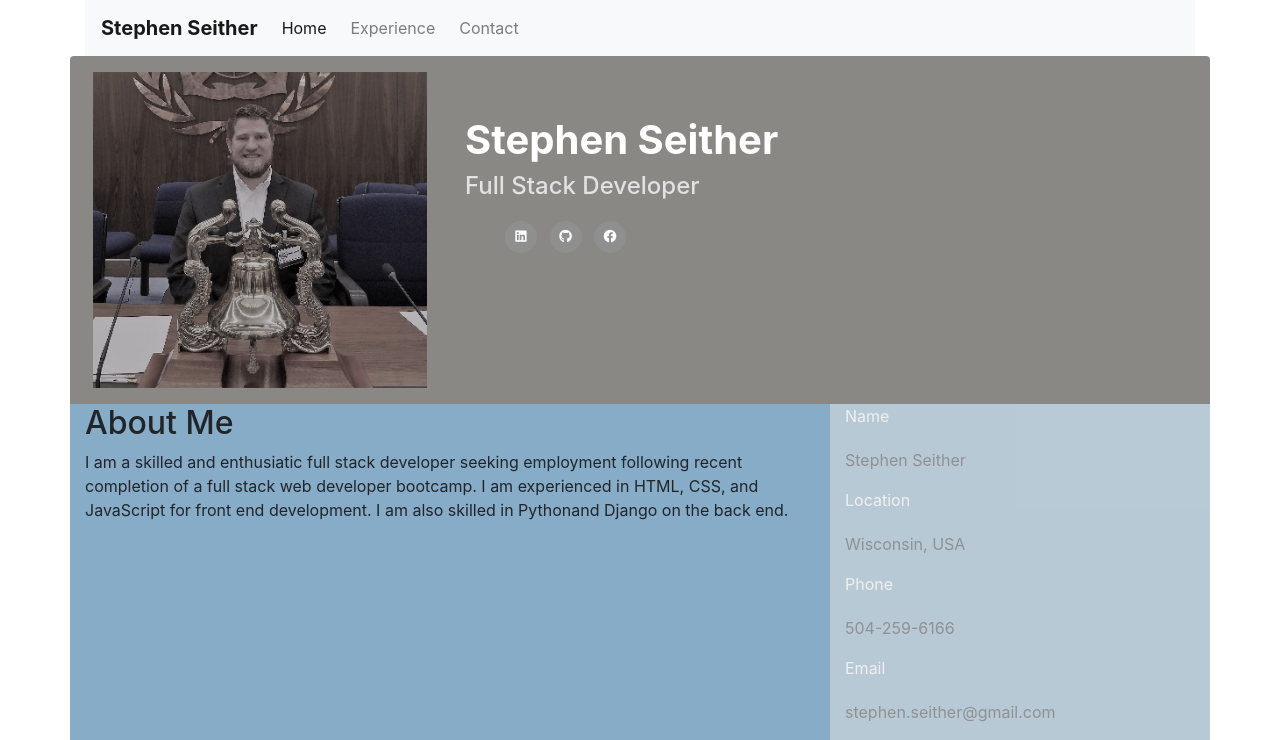
Repository: stephenseither/First-Milestone-Project
Page: index.html
The author's editor kept a record of every edit. The page is drawn from the files as they stood at one moment, then again after the next edit.
The browser window is 1280 px wide. The pictures show the whole page.
Some web libraries are served in a nearby version.

Above is the page before.

### index.html
<!DOCTYPE html>
<html lang="en">

<head>
    <meta charset="UTF-8">
    <meta name="viewport" content="width=device-width, initial-scale=1.0">
    <meta http-equiv="X-UA-Compatible" content="ie=edge">
    <link rel="stylesheet" href="https://stackpath.bootstrapcdn.com/bootstrap/4.3.1/css/bootstrap.min.css" integrity="sha384-ggOyR0iXCbMQv3Xipma34MD+dH/1fQ784/j6cY/iJTQUOhcWr7x9JvoRxT2MZw1T" crossorigin="anonymous">
    <link rel="stylesheet" href="https://use.fontawesome.com/releases/v5.10.2/css/all.css" integrity="sha384-rtJEYb85SiYWgfpCr0jn174XgJTn4rptSOQsMroFBPQSGLdOC5IbubP6lJ35qoM9" crossorigin="anonymous">
    <link rel="stylesheet" href="assets/css/style.css" type="text/css" />
    <title>Document</title>
</head>

<body>
    <div class="container">
        <nav class="navbar navbar-light bg-light navbar-expand-sm no-gutters">
            <a href="index.html" class="navbar-brand font-weight-bold">Stephen Seither</a>

            <button class="navbar-toggler ml-auto" type="button" data-toggle="collapse" data-target="#navbarNavDropdown" aria-controls="navbarNavDropdown" aria-expanded="false" aria-label="Toggle navigation">
            <span class="navbar-toggler-icon"></span></button>

            <div class="collapse navbar-collapse" id="navbarNavDropdown">
                <ul class="navbar-nav mr-auto">
                    <li class="active nav-item mr-2"><a class="nav-link" href="index.html">Home</a></li>
                    <li class="nav-item mr-2"><a class="nav-link" href="experience.html">Experience</a></li>
                    <li class="nav-item mr-2"><a class="nav-link" href="contact.html">Contact</a></li>
                </ul>
            </div>
        </nav>


        <div class="row bg-header rounded-top">
            <div class="col-sm-4 photo">
                <img src="assets/images/stephen-1.jpg" alt="stephen" class="img-fluid img-responsive py-3 px-2" />
            </div>
            <div class="col-sm-8 heading">
                <div class="row">
                    <div class="col">
                        <h1 class="name font-weight-bold">Stephen Seither</h3>
                            <h4 class="title">Full Stack Developer</h4>
                    </div>
                </div>
                <div class="row">
                    <div class="col">
                        <ul class="list-inline social-links">
                            <li class="list-inline-item">
                                <a href="https://www.linkedin.com/in/stephen-seither-254ba7b7" target="_blank">
                                <i class="fab fa-linkedin" aria-hidden="true"></i>
                                <span class="sr-only">LinkedIn</span>
                                </a>
                            </li>
                            <li class="list-inline-item">
                                <a href="https://github.com/stephenseither" target="_blank">
                                    <i class="fab fa-github" aria-hidden="true"></i>
                                    <span class="sr-only">GitHub</span>
                                </a>
                            </li>
                            <li class="list-inline-item">
                                <a href="https://www.facebook.com/stephen.seither" target="_blank">
                                    <i class="fab fa-facebook" aria-hidden="true"></i>
                                    <span class="sr-only">Facebook</span>
                                </a>
                            </li>
                        </ul>
                    </div>
                </div>
            </div>
        </div>
    </div>

    <section class="container">
        <div class="row">
            <div class="col-md-8 about-me">
                <h2>About Me</h2>
                <p>I am a skilled and enthusiatic full stack developer seeking employment following recent completion of a full stack web developer bootcamp. I am experienced in HTML, CSS, and JavaScript for front end development. I am also skilled in Pythonand Django on the back end. </p>
            </div>
            <div class="col-md-4 contact-info">
                <div class="personal-info-item">
                    <div class="title">
                        <p class="uppercase">
                            Name
                        </p>
                    </div>
                    <div class="value">
                        <p>
                            Stephen Seither
                        </p>
                    </div>
                </div>
                <div class="personal-info-item">
                    <div class="title">
                        <p class="uppercase">
                            Location
                        </p>
                    </div>
                    <div class="value">
                        <p>
                            Wisconsin, USA
                        </p>
                    </div>
                </div>
                <div class="personal-info-item">
                    <div class="title">
                        <p class="uppercase">
                            Phone
                        </p>
                    </div>
                    <div class="value">
                        <p>
                            504-259-6166
                        </p>
                    </div>
                </div>
                <div class="personal-info-item">
                    <div class="title">
                        <p class="uppercase">
                            Email
                        </p>
                    </div>
                    <div class="value">
                        <p>
                            stephen.seither@gmail.com
                        </p>
                    </div>
                </div>
            </div>
        </div>
    </section>
    <script src="https://code.jquery.com/jquery-3.3.1.slim.min.js" integrity="sha384-q8i/X+965DzO0rT7abK41JStQIAqVgRVzpbzo5smXKp4YfRvH+8abtTE1Pi6jizo" crossorigin="anonymous"></script>
    <script src="https://cdnjs.cloudflare.com/ajax/libs/popper.js/1.14.3/umd/popper.min.js" integrity="sha384-ZMP7rVo3mIykV+2+9J3UJ46jBk0WLaUAdn689aCwoqbBJiSnjAK/l8WvCWPIPm49" crossorigin="anonymous"></script>
    <script src="https://stackpath.bootstrapcdn.com/bootstrap/4.1.3/js/bootstrap.min.js" integrity="sha384-ChfqqxuZUCnJSK3+MXmPNIyE6ZbWh2IMqE241rYiqJxyMiZ6OW/JmZQ5stwEULTy" crossorigin="anonymous"></script>
</body>

</html>

### assets/css/style.css
/*---------------------------BG Colors---------------------- */

.bg-header {
    background-color: #8a8884;
}

.about-me {
background-color: #87acc7;
}

.contact-info {
    background-color: #7395ae;
    opacity: 0.5;
    transition: opacity .5s ease-out;
    -moz-transition: opacity .5s ease-out;
    -webkit-transition: opacity .5s ease-out
    color: #fafafa;
    font-weight: normal;

}

.contact-info:hover {
    opacity: 1.2;
}


/*---------------------------Header---------------------- */

.name {
    margin-top: 60px;
    color: #fff;
}

.title {
    color: #e3e1e1;
    margin-bottom: 20px;
}

.social-links {
    margin-left: 40px;
}

.social-links li a i {
    width: 32px;
    height: 32px;
    padding: 12px 2px;
    border-radius: 50%;
    font-size: 13px;
    line-height: 7px;
    text-align: center;
    color: #fafafa;
    background: #8f8f8f;
    transition: all 0.35s ease-in-out, ;
    -moz-transition: all 0.35s ease-in-out;
    -webkit-transition: all 0.35s ease-in-out;
    -o-transition: all 0.35s ease-in-out;
}

.social-links li a i:hover {
    background-color: #b8784b;
    -webkit-transform: scale(1.5);
    -moz-transform: scale(1.5);
    -o-transform: scale(1.5);
}

After the next edit:
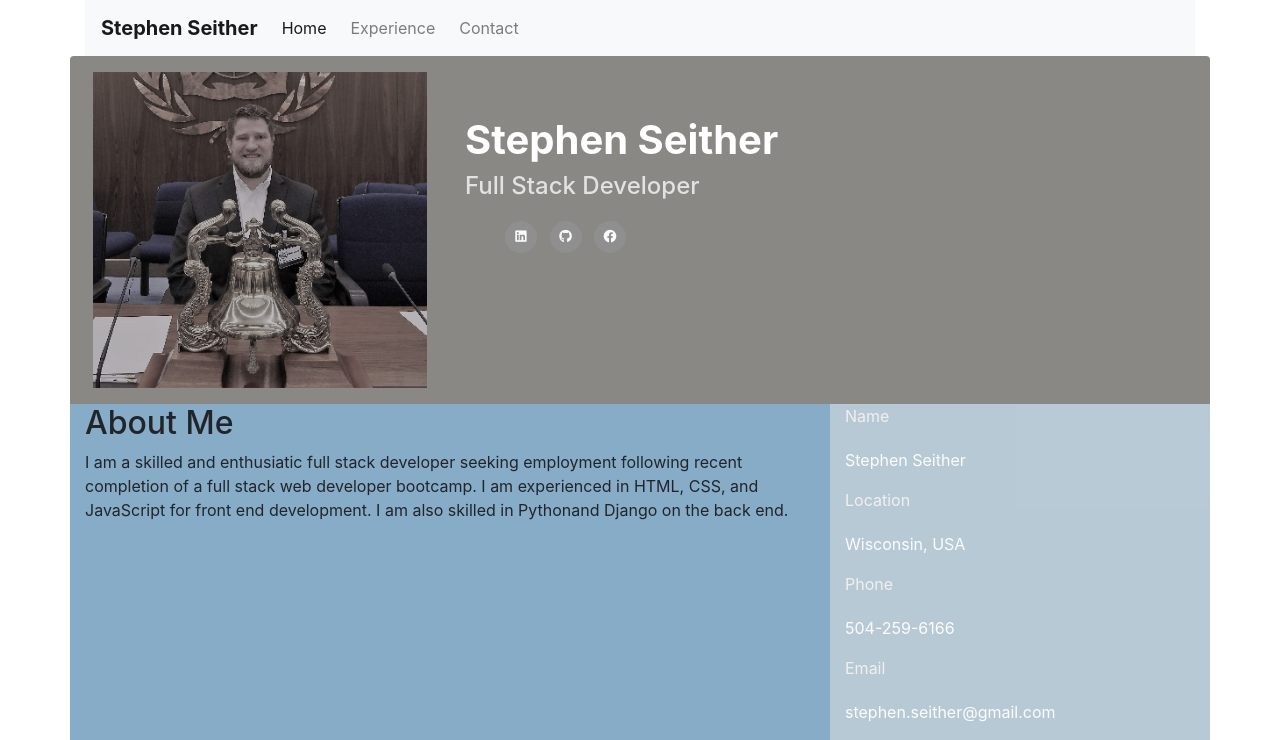
The edit:
--- a/assets/css/style.css
+++ b/assets/css/style.css
@@ -13,7 +13,7 @@
     opacity: 0.5;
     transition: opacity .5s ease-out;
     -moz-transition: opacity .5s ease-out;
-    -webkit-transition: opacity .5s ease-out
+    -webkit-transition: opacity .5s ease-out;
     color: #fafafa;
     font-weight: normal;
 
